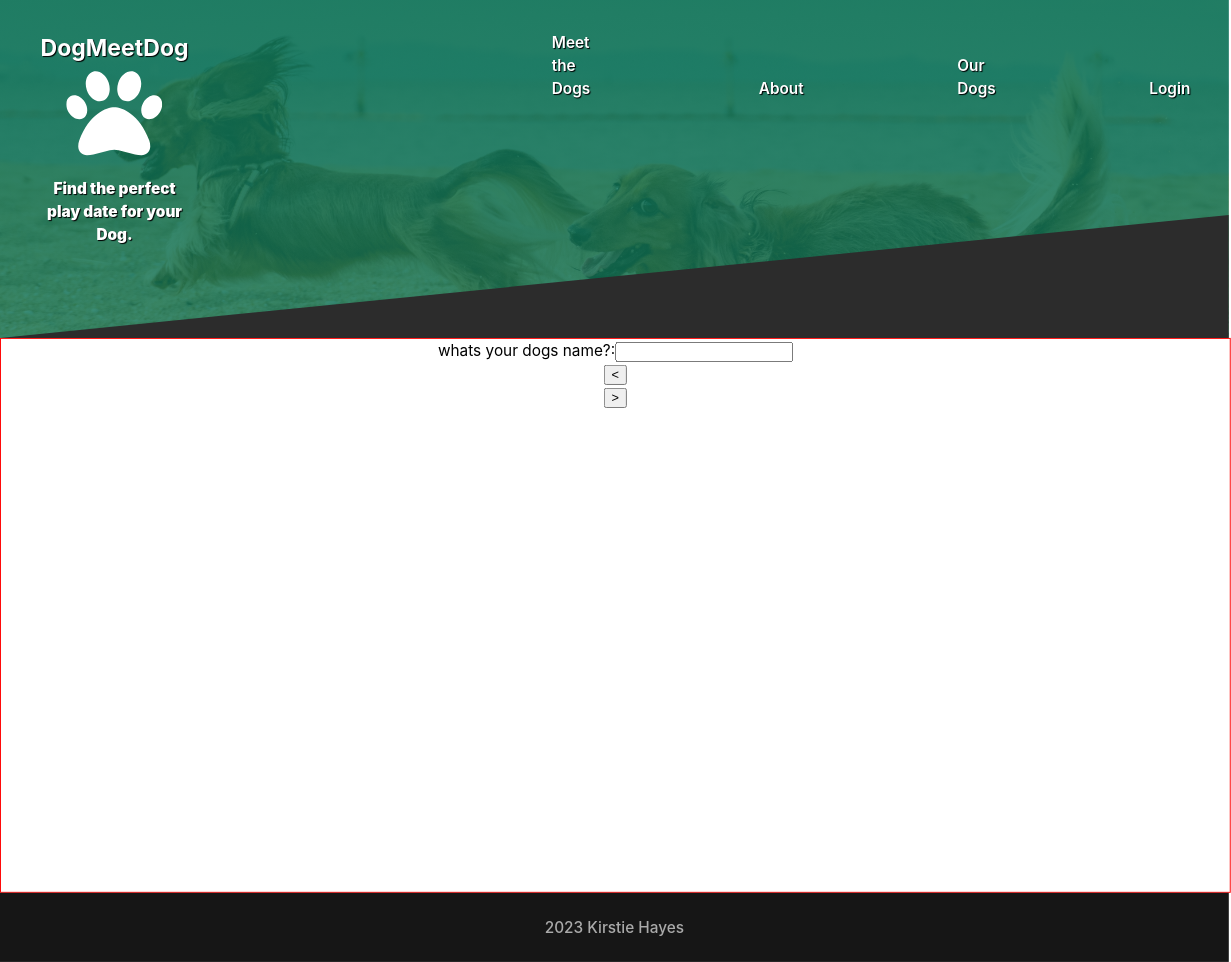
Repository: epixieme/dogmeetdog
Page: /questions (app in client/)
These files come from the project's save history. The page is drawn as it stood at one moment and after the next save; the edit follows.
The browser window is 1280 px wide. The page is 1282 px wide, so the pictures cover 1282 px, including what lies to the right of the window. The pictures show the whole page, at 96% of full size.
Some web libraries are served in a nearby version. The project was rebuilt for these pictures with package versions that can differ from the ones it lists, and the page was loaded fresh each time. Also part of the build but not shown: client/vite.config.ts, client/src/components/Shared/Headers/Dashboard-Header/dashboardHeader.css, client/src/components/Shared/Headers/Dashboard-Header/DashboardHeader.tsx, client/src/components/Layouts/Login_Layout.tsx, client/src/components/Shared/ErrorMessage/ErrorMessage.tsx, client/src/components/Shared/Loader/Loader.tsx, client/src/pages/LoggedOut/Home.tsx, client/src/pages/LoggedOut/About/About.tsx and 10 more.

Above is the page before, as saved 2024-01-29 15:03:53.

### client/index.html
<!DOCTYPE html>
<html lang="en">
  <head>
    <meta charset="UTF-8" />
    <link rel="icon" type="image/svg+xml" href="/vite.svg" />
    <meta name="viewport" content="width=device-width, initial-scale=1.0" />
    <script src="https://kit.fontawesome.com/b189f585cc.js" crossorigin="anonymous"></script>
    <title>Vite + React</title>
  </head>
  <body>
    <div id="root"></div>
    <script type="module" src="src/main.tsx"></script>
  </body>
</html>

### client/src/main.tsx
import ReactDOM from "react-dom/client";
import App from "./App";
import "./index.css";
import { ApolloClient, InMemoryCache, ApolloProvider,} from '@apollo/client'

const client = new ApolloClient({
  uri: 'http://localhost:4000',
  cache: new InMemoryCache(),
})

ReactDOM.createRoot(document.getElementById("root") as Element).render(

<ApolloProvider client={client}>
    <App />
</ApolloProvider>

);

### client/src/App.tsx
import { RouterProvider } from "react-router-dom";
import router from "./routes/router";


function App() {
  return <RouterProvider router={router} />
}

export default App;

### client/src/routes/router.tsx
import {
  createBrowserRouter,
  createRoutesFromElements,
  Route,
} from "react-router-dom";

import Main_Layout from "../components/Layouts/Main_Layout";
import Login_Layout from "../components/Layouts/Login_Layout";
import Home from "../pages/LoggedOut/Home";
import About from "../pages/LoggedOut/About/About";
import DisplayDogs from "../pages/LoggedOut/Dogs/DisplayDogs";
import NotFound from "../pages/Shared/NotFound";
// import DogDetails from "../pages/LoggedOut/Dogs/DogDetails";
import Dashboard from "../pages/LoggedIn/Dashboard";
import Reviews from "../pages/LoggedIn/Reviews";
import Question from "../pages/SignUp/Question";
import Login from "../pages/Login/Login";
import QuestionPage from "../pages/SignUp/QuestionPage";



//nested routes
const router = createBrowserRouter(
  createRoutesFromElements(
    <Route path="/" element={<Main_Layout />}>
      <Route index element={<Home />} />
      <Route path="dogs" element={<DisplayDogs /> } />
      <Route path="about" element={<About />} />
      <Route path="questions" element={<QuestionPage />} />
      <Route path="login"element={<Login />}/>
      {/* <Route path="dogs/:id" element={<DogDetails />} /> */}
      <Route path="meetdogs" element={<Login_Layout />}>
        <Route index element={<Dashboard />} />
        <Route path="reviews" element={<Reviews />} />
      </Route>
      <Route path="*" element={<NotFound />} />
    </Route>
  )
);

export default router;

### client/src/components/Layouts/Main_Layout.tsx
import Footer from "../shared/Footer/Footer"
import Header from "../shared/Headers/Main-Header/Header";
import { Outlet } from "react-router-dom";

export default function Main_Layout() {
  return (
    <>
      <Header />
      <main className="">
        <Outlet />
      </main>
      <Footer />
    </>
  );
}

### client/src/pages/SignUp/QuestionPage.tsx
import { Question } from "@features";
import { Button } from "@shared";
import useQuestionHook from "./useQuestionHook";
import "./signUp.css";
import { useEffect, useState, useRef } from "react";

export default function Questions(initialAnswer = '') {
  //store answers  to local storage
  // post answers and create a graph query
  // animate
// const inputRef = useRef(null)
  const [answer, setAnswer] = useState<string>("");
  // const [answer, setAnswer] = useState<string>(window.localStorage.getItem('answer') || initialAnswer);

  // to use local storage use the allanswers[previousScreen]
  // const [allAnswers, setAllAnswers] = useState<string[]>([]);
  const getAnswers = window.localStorage.getItem('answers') as string
  // const [allAnswers, setAllAnswers] = useState<string[]>(getAnswers? [JSON.parse(getAnswers)]:[]);
  const [allAnswers, setAllAnswers] = useState<string[]>([]);
  console.log(allAnswers);
  useEffect(() => {
    const answers = JSON.stringify(allAnswers)
    window.localStorage.setItem("answer", answer);
    window.localStorage.setItem("answers", answers);
  },[answer]);

  const { questionText, currentScreen, nextScreen, previousScreen } = useQuestionHook();
  // change below to a hook
  async function handleNext() {
    setAnswer('')
        setAllAnswers([
          ...allAnswers,
          answer
        ]);

  }
  // async function handlePrevious() {
  //   previousScreen();
  // }

  return (
    <div className="questionText">
      <Question
        questionText={questionText[currentScreen]}
        // onChange={(e) => setAnswer(e.target.value)}
        onChange={e => setAnswer(e.target.value)}
        value ={answer}

        // onChange={(e) =>
        //   setUser({...user, mobile_number: e.target.value })
        // }
      />
       <Button btnText={"<"} onClick={previousScreen} />
      <Button btnText={">"} onClick={handleNext} />
    </div>
  );
}

// import { useState } from 'react';

// let nextId = 0;

// export default function List() {
//   const [name, setName] = useState('');
//   const [artists, setArtists] = useState([]);

//   return (
//     <>
//       <h1>Inspiring sculptors:</h1>
//       <input
//         value={name}
//         onChange={e => setName(e.target.value)}
//       />
//       <button onClick={() => {
//       setName('')
//         setArtists([
//           ...artists,
//           { id: nextId++, name: name }
//         ]);
//       }}>Add</button>
//       <ul>
//         {artists.map(artist => (
//           <li key={artist.id}>{artist.name}</li>
//         ))}
//       </ul>
//     </>
//   );
// }

### client/src/components/Shared/Footer/Footer.tsx
export default function Footer() {
  return (
    <footer className="footer-container">
      <p>2023 Kirstie Hayes</p>
    </footer>
  );
}

### client/src/components/Shared/Headers/Main-Header/Header.tsx
import { Link, NavLink } from "react-router-dom";
// @ts-ignore
import useWindowWidth  from '../../../../hooks/useWindowWidth'

export default function Header() {
  const activeStyles = {
    textDecoration: "underline",
    color: "white",
  };

  const inactiveStyles = {
    color: "white",
  };

  const screenWidth = useWindowWidth()

  return (
    <header className="nav-menu-container">
      <svg
        xmlns="http://www.w3.org/2000/svg"
        viewBox="0 0 100 100"
        preserveAspectRatio="none"
      >
        <polygon fill="#2C2C2C" points="0,100 100,0 100,100" />
      </svg>

      <Link className="logo" to="/">
        <h1>DogMeetDog</h1>
        <svg
          xmlns="http://www.w3.org/2000/svg"
          height="1em"
          viewBox="0 0 512 512"
        >
          <path d="M226.5 92.9c14.3 42.9-.3 86.2-32.6 96.8s-70.1-15.6-84.4-58.5s.3-86.2 32.6-96.8s70.1 15.6 84.4 58.5zM100.4 198.6c18.9 32.4 14.3 70.1-10.2 84.1s-59.7-.9-78.5-33.3S-2.7 179.3 21.8 165.3s59.7 .9 78.5 33.3zM69.2 401.2C121.6 259.9 214.7 224 256 224s134.4 35.9 186.8 177.2c3.6 9.7 5.2 20.1 5.2 30.5v1.6c0 25.8-20.9 46.7-46.7 46.7c-11.5 0-22.9-1.4-34-4.2l-88-22c-15.3-3.8-31.3-3.8-46.6 0l-88 22c-11.1 2.8-22.5 4.2-34 4.2C84.9 480 64 459.1 64 433.3v-1.6c0-10.4 1.6-20.8 5.2-30.5zM421.8 282.7c-24.5-14-29.1-51.7-10.2-84.1s54-47.3 78.5-33.3s29.1 51.7 10.2 84.1s-54 47.3-78.5 33.3zM310.1 189.7c-32.3-10.6-46.9-53.9-32.6-96.8s52.1-69.1 84.4-58.5s46.9 53.9 32.6 96.8s-52.1 69.1-84.4 58.5z" />
        </svg>
        <p>Find the perfect play date for your Dog.</p>
      </Link>

      <nav className={// @ts-ignore
      screenWidth > 800 ? "nav-links-container" : "hidden"}>
      <NavLink
          to="/meetdogs"
          style={({ isActive }) => (isActive ? activeStyles : inactiveStyles)}
        >
          Meet the Dogs
        </NavLink>
        <NavLink
          to="/about"
          style={({ isActive }) => (isActive ? activeStyles : inactiveStyles)}
        >
          About
        </NavLink>
        <NavLink
          to="/dogs"
          style={({ isActive }) => (isActive ? activeStyles : inactiveStyles)}
        >
          Our Dogs
        </NavLink>
        <NavLink
          to="/login"
          style={({ isActive }) => (isActive ? activeStyles : inactiveStyles)}
        >
          Login
        </NavLink>
      </nav>
    </header>
  );
}

### client/src/components/Shared/index.ts
export { default as Button } from './Button/Button'
export { default as ErrorMessage } from './ErrorMessage/ErrorMessage'
export { default as Footer } from './Footer/Footer'
export { default as Header } from './Headers/Main-Header/Header'
export { default as DashboardHeader} from './Headers/Dashboard-Header/DashboardHeader'
export { default as Loader } from './Loader/Loader'

### client/src/components/Features/index.ts
export {default as DogCardList } from './DogCardList/DogCardList'
export {default as DogInformationCard}  from  './DogInformationCard/DogInformationCard'
export {default as Question }  from  './Question'

### client/src/pages/SignUp/useQuestionHook.tsx
import { useState } from "react";

const questionText =['whats your dogs name?', 'whats your dogs Breed?', 'where do you live?','whats your dogs age?', 'whats your dogs personality?' ]
const answers =['', '', '','', '' ]
const questionText2 =['Now Tell me about your owner(s)', 'names', 'hobbies' ]
export default function useQuestionHook(){

    const [currentScreen, setCurrentScreen] = useState(0)

    // const [answers, setAnswers] = useState<string[]>([]);
    // console.log(answers);


    function nextScreen() {
        if (currentScreen < questionText.length -1) {
        //  setAnswers(prevVal=>[...prevVal,inputValue])
          // need to add to local state too
          setCurrentScreen(currentScreen + 1);

        }
      }

      function previousScreen() {
        if (currentScreen > 0) {
          setCurrentScreen(currentScreen - 1);
        }
      }

      return {
        currentScreen,
        questionText,
        nextScreen,
        previousScreen
      }
}

### client/src/pages/SignUp/signUp.css
.questionText{
    display:flex;
    flex-direction: column;
    justify-content: flex-start;
    align-items: center;

    width:100vw;
    height:80vh;
    border: 1px solid red;
}

### client/src/hooks/useWindowWidth.jsx
import { useState, useEffect } from "react";

const useWindowWidth = () => {
  const [windowWidth, setWindowWidth] = useState(window.innerWidth);
  console.log(windowWidth)

  const updateWindowWidth = () => {
    setWindowWidth(window.innerWidth);

  };
  useEffect(() => {
    window.addEventListener("resize", updateWindowWidth);

    return () => window.removeEventListener("resize", updateWindowWidth);
  }, []);

  return windowWidth;
};

export default useWindowWidth;

### client/src/components/Shared/Button/Button.tsx
import React from "react";
import { Link } from "react-router-dom";


interface buttonProps {
  btnText:string,
  route?:any,
  onClick?: () => void,
}


export default function Button({ btnText, route, onClick }: buttonProps){
  return (
    <Link to={route} onClick={onClick} className="btnLink">
      <button> {btnText}</button>
    </Link>
  );
}

### client/src/components/Features/Question.tsx

interface Props {
  questionText: string;

}

export default function Question({ questionText }: Props) {
  return (
    <form action="" className="question1-container">
      <label>{questionText}:</label>
      <input type="text"></input>


    </form>
  );
}

Loaded but not shown: client/src/index.css (724 lines, source omitted)

After the next save:
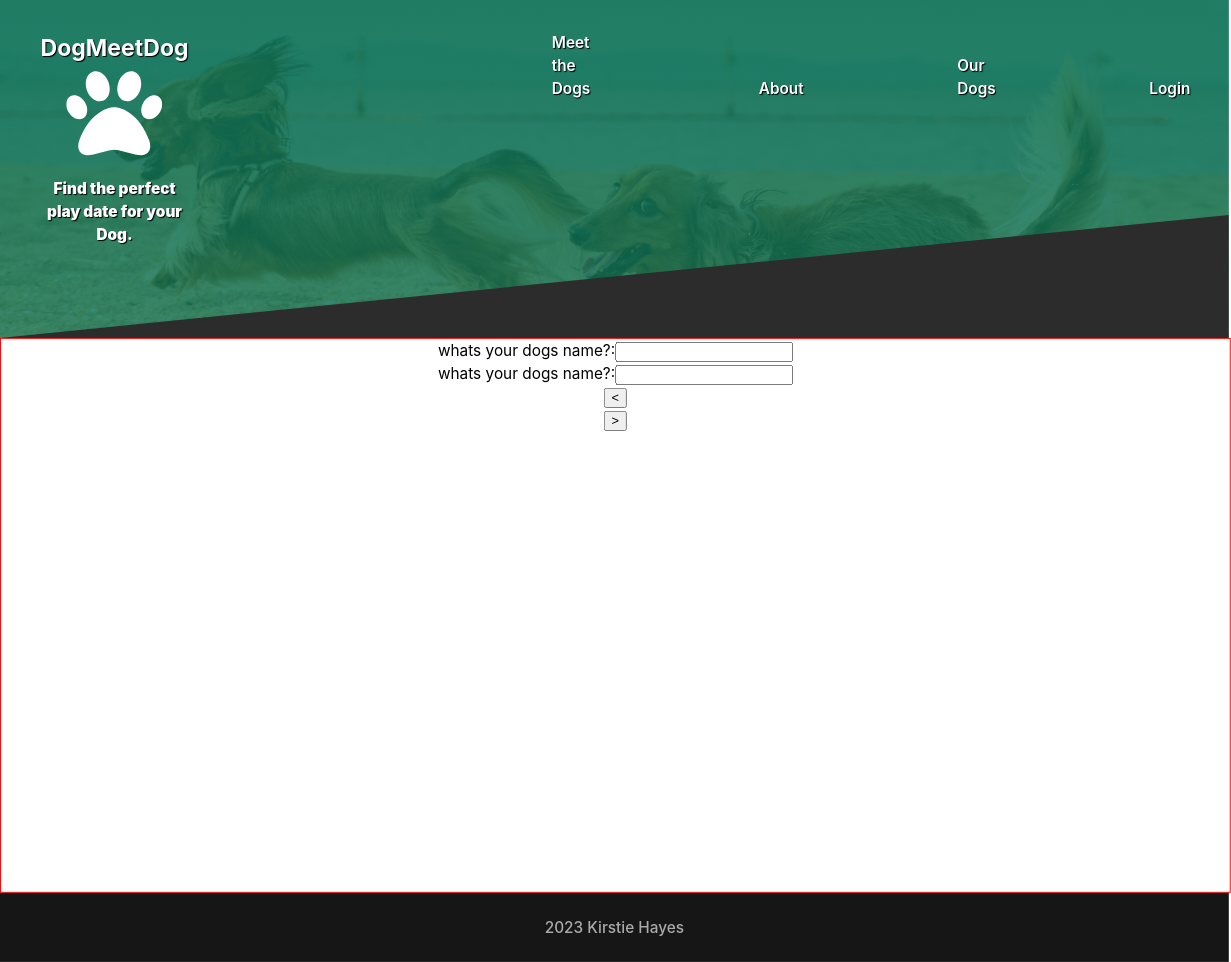
Saved 2 min 40 s later.
--- a/client/src/pages/SignUp/QuestionPage.tsx
+++ b/client/src/pages/SignUp/QuestionPage.tsx
@@ -4,35 +4,32 @@ import useQuestionHook from "./useQuestionHook";
 import "./signUp.css";
 import { useEffect, useState, useRef } from "react";
 
-export default function Questions(initialAnswer = '') {
+export default function Questions(initialAnswer = "") {
   //store answers  to local storage
   // post answers and create a graph query
   // animate
-// const inputRef = useRef(null)
+  // const inputRef = useRef(null)
   const [answer, setAnswer] = useState<string>("");
   // const [answer, setAnswer] = useState<string>(window.localStorage.getItem('answer') || initialAnswer);
 
   // to use local storage use the allanswers[previousScreen]
   // const [allAnswers, setAllAnswers] = useState<string[]>([]);
-  const getAnswers = window.localStorage.getItem('answers') as string
+  const getAnswers = window.localStorage.getItem("answers") as string;
   // const [allAnswers, setAllAnswers] = useState<string[]>(getAnswers? [JSON.parse(getAnswers)]:[]);
   const [allAnswers, setAllAnswers] = useState<string[]>([]);
   console.log(allAnswers);
   useEffect(() => {
-    const answers = JSON.stringify(allAnswers)
+    const answers = JSON.stringify(allAnswers);
     window.localStorage.setItem("answer", answer);
     window.localStorage.setItem("answers", answers);
-  },[answer]);
+  }, [answer]);
 
-  const { questionText, currentScreen, nextScreen, previousScreen } = useQuestionHook();
+  const { questionText, currentScreen, nextScreen, previousScreen } =
+    useQuestionHook();
   // change below to a hook
   async function handleNext() {
-    setAnswer('')
-        setAllAnswers([
-          ...allAnswers,
-          answer
-        ]);
-
+    setAnswer("");
+    setAllAnswers([...allAnswers, answer]);
   }
   // async function handlePrevious() {
   //   previousScreen();
@@ -43,14 +40,24 @@ export default function Questions(initialAnswer = '') {
       <Question
         questionText={questionText[currentScreen]}
         // onChange={(e) => setAnswer(e.target.value)}
-        onChange={e => setAnswer(e.target.value)}
-        value ={answer}
+        onChange={(e) => setAnswer(e.target.value)}
+        value={answer}
 
         // onChange={(e) =>
         //   setUser({...user, mobile_number: e.target.value })
         // }
       />
-       <Button btnText={"<"} onClick={previousScreen} />
+      <Question
+        questionText={questionText[currentScreen]}
+        // onChange={(e) => setAnswer(e.target.value)}
+        onChange={(e) => setAnswer(e.target.value)}
+        value={answer}
+
+        // onChange={(e) =>
+        //   setUser({...user, mobile_number: e.target.value })
+        // }
+      />
+      <Button btnText={"<"} onClick={previousScreen} />
       <Button btnText={">"} onClick={handleNext} />
     </div>
   );
